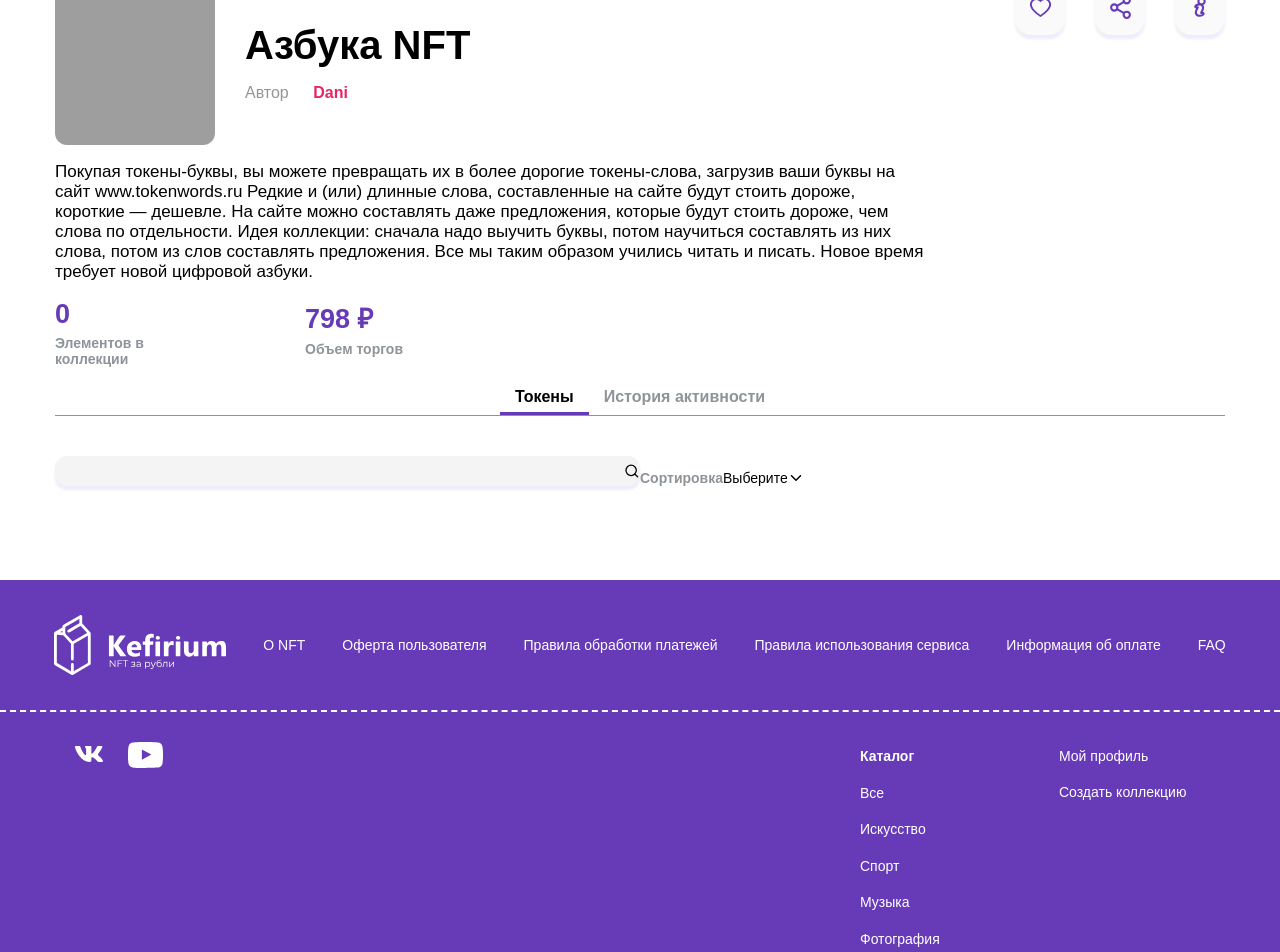
Repository: danchikko/kefirium
Page: /collection
The author's editor kept a copy of each file at every save. The page is drawn from the files as they stood at one save, then again after the next save.
The browser window is 1280 px wide. The pictures show the part of the page from y = 415 to 1367 px (the page is 1541 px tall).
Pictures or frames that could not be fetched are drawn as grey boxes. The project was rebuilt for these pictures with package versions that can differ from the ones it lists, and the page was loaded fresh each time. Requests to the local data server were answered from the project's data file. Also part of the build but not shown: src/components/signUp/Navs.js, src/utils/helpers/constants.js, src/components/signUp/FormPhysic.js, src/components/signUp/FormJur.js, src/components/signUp/SignUp.js, src/components/signIn/Form.js, src/components/signIn/SignIn.js, src/components/header/Register.js and 48 more.

Above is the page before, as saved 2022-08-18 16:43:36.

After the next save:
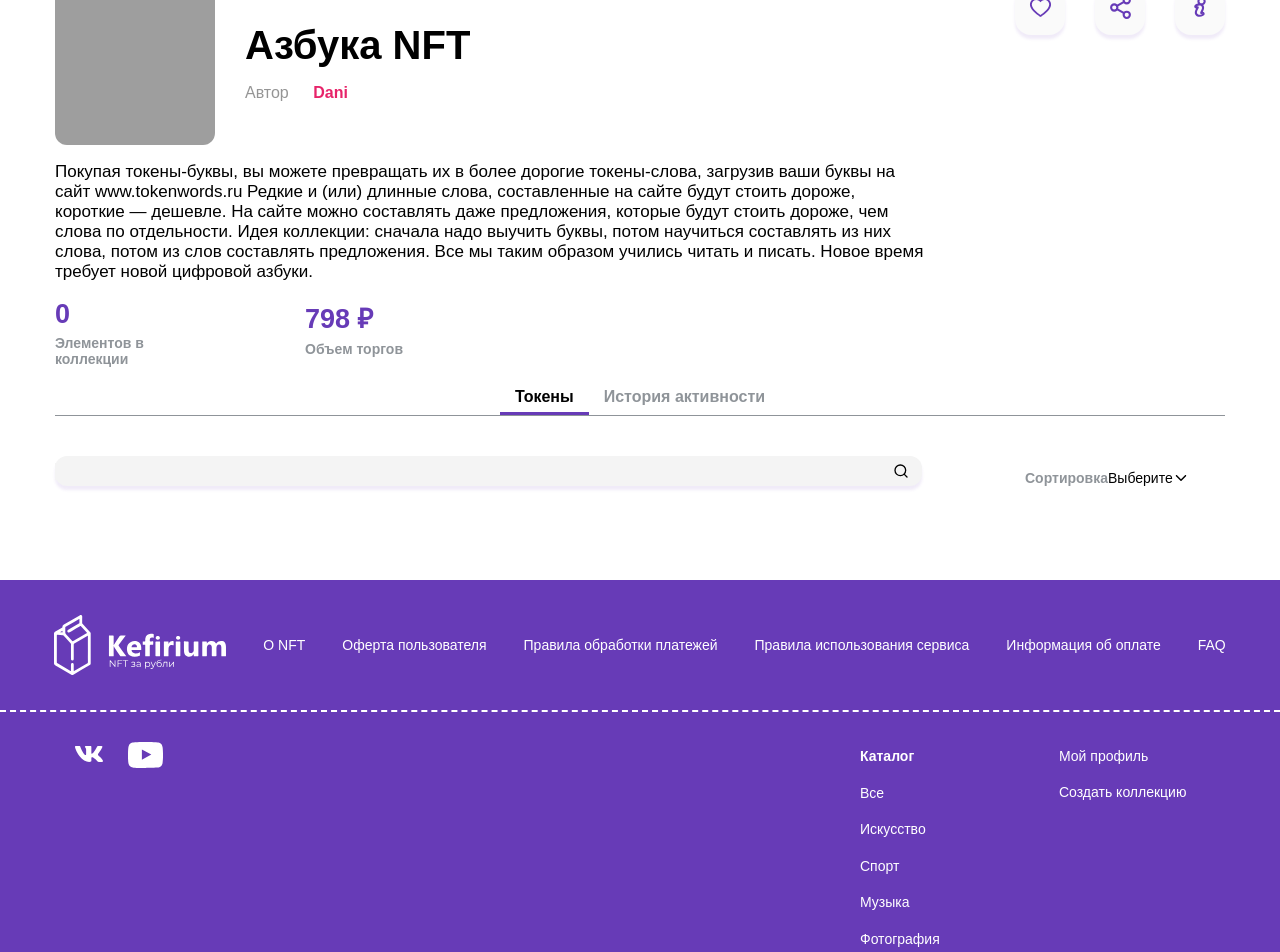
Saved 23 s later.
--- a/src/pages/collections/Searching.js
+++ b/src/pages/collections/Searching.js
@@ -11,7 +11,7 @@ const Searching = () => {
 				<SearchInput />
 				<FiSearch />
 			</Search>
-			<Flex width="">
+			<Flex width="200px">
 				<Text weight='700' color='#8f9499'>
 					Сортировка
 				</Text>
